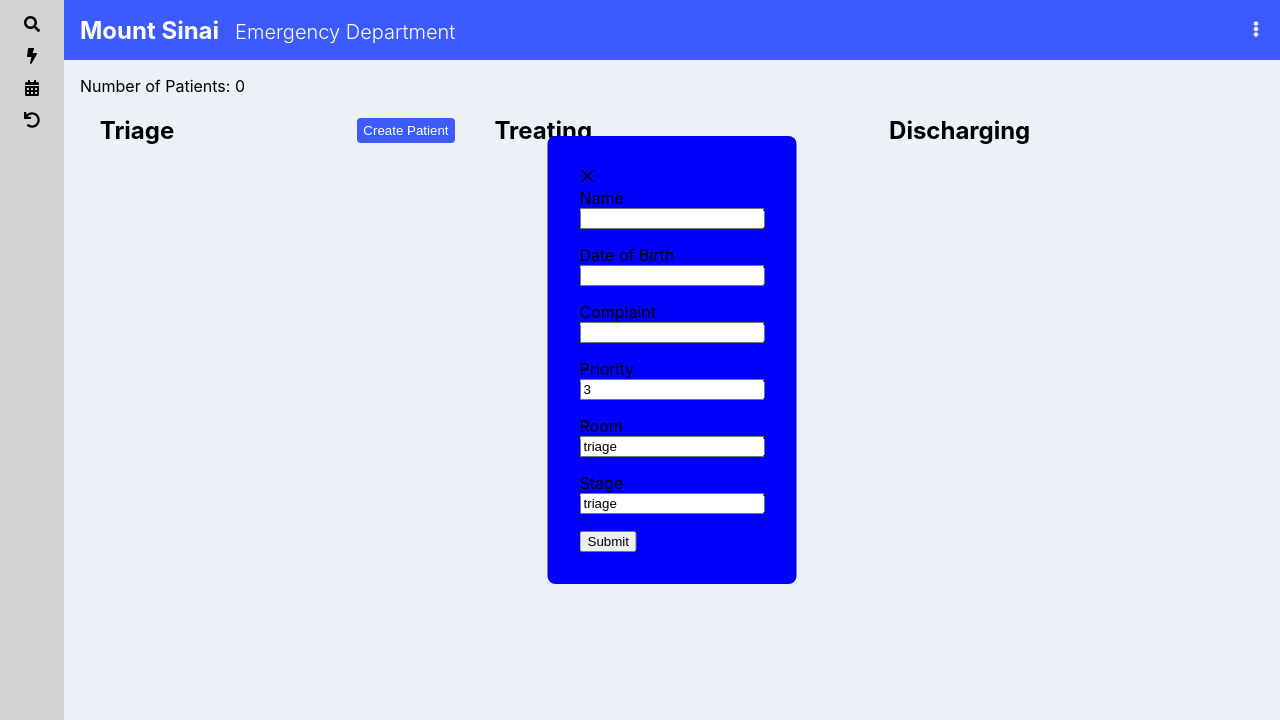
Repository: kosenijr/triage-app
Page: /, after clicking the first element matching `button.App_61351_triage-header-button`
The author's editor kept a copy of each file at every save. The page is drawn from the files as they stood at one save, then again after the next save.
The browser window is 1280 px wide. The pictures show the whole page.
The page's requests for data from a server got no answer. The project was rebuilt for these pictures with package versions that can differ from the ones it lists, and the page was loaded fresh each time. No one was signed in, and anything a server would have sent is missing. Also part of the build but not shown: src/styles/PatientCard.module.css, src/components/PatientCard.js.

Above is the page before, as saved 2022-11-17 12:49:42.

### src/App.js
import React, { useEffect, useState } from 'react';
import { FaEllipsisV, FaSearch, FaBolt, FaCalendarAlt, FaUndo } from "react-icons/fa";
import styles from '../src/styles/App.module.css'
import '../src/styles/Global.module.css'
import { ROUTES } from '../src/constants'
import PatientCard from './components/PatientCard'
import Modal from './components/Modal'

const log = console.log;

function App() {

  const [patientRecords, setPatientRecords] = useState([]);
  const [numOfPatients, setNumOfPatients] = useState(0);
  const [isModalOpen, setIsModalOpen] = useState(false);



  useEffect(() => {
    fetch(ROUTES['GET_ALL_PATIENTS'])
      .then(res => res.json())
      .then(res => setPatientRecords(res))
  }, []);

  useEffect(() => {
    setNumOfPatients(patientRecords.length);
  }, [patientRecords]);

  const onRoomAssignment = (patient, room) => {
    // const oldPatientRecord = patient;
    const newPatientRecord = {
      id: patient.id,
      name: patient.name,
      dob: patient.dob,
      complaint: patient.complaint,
      priority: patient.priority,
      room: patient.room,
      stage: 'treating'
    }


    setPatientRecords(patientRecords.map((record) => {
      if (record.id === patient.id) {
        record.room = room;
        record.stage = 'treating';
      }
      return record;
    }));

    const requestOptions = {
      method: 'PUT',
      body: JSON.stringify(newPatientRecord),
    };

    fetch(ROUTES['GET_EACH_PATIENT'], requestOptions)
      .then(result => result.json())
      .catch(error => console.log('error', error));
  }

  const onCreatePatient = (patient) => {
    const requestOptions = {
      method: 'POST',
      body: JSON.stringify(patient),
    };

    fetch(ROUTES['GET_EACH_PATIENT'], requestOptions)
      .then(result => result.json())
      .then(patient => console.log(patient))
      .then(patient => setPatientRecords([...patientRecords, patient]))
      .catch(error => console.log('error', error));
  }


  const onStartDischarge = (patient) => {
    const newPatientRecord = {
      id: patient.id,
      name: patient.name,
      dob: patient.dob,
      complaint: patient.complaint,
      priority: patient.priority,
      room: 'discharging-room',
      stage: 'discharging'
    }


    setPatientRecords(patientRecords.map((record) => {
      if (record.id === patient.id) {
        record.room = 'discharging-room';
        record.stage = 'discharging';
      }
      return record;
    }));

    const requestOptions = {
      method: 'PUT',
      body: JSON.stringify(newPatientRecord),
    };

    fetch(ROUTES['GET_EACH_PATIENT'], requestOptions)
      .then(result => result.json())
      .then(result => console.log(result))
      .catch(error => console.log('error', error));


  }

  const onCompleteDischarge = (patient) => {
    setPatientRecords(patientRecords.filter((record) => record.id !== patient.id));

    const requestOptions = {
      method: 'DELETE',
    };

    fetch(`${ROUTES['GET_EACH_PATIENT']}/${patient.id}`, requestOptions)
      .then(result => result.json())
      .then(result => console.log(result))
      .catch(error => console.log('error', error));

  }
  return (
    <div className={styles['App']}>
      <div className={styles['left-nav']}>
        <FaSearch className='mb-4 mt-4' />
        <FaBolt className='mb-4' />
        <FaCalendarAlt className='mb-4' />
        <FaUndo className='mb-4' />
      </div>
      <div className={styles['right-content']}>
        {isModalOpen && <Modal onCreatePatient={onCreatePatient} setIsModalOpen={setIsModalOpen} />}
        <header className={styles['header']}>
          <div>
            <span className={styles['title']}>Mount Sinai</span>
            <span className={styles['sub-title']}>Emergency Department</span>
          </div>
          <div>
            <FaEllipsisV />

          </div>
        </header>
        <div className={styles['patient-content']}>
          <div><span>Number of Patients: </span><span>{numOfPatients}</span></div>

          <div className={styles['processing']}>
            <div className={styles['process-columns']}>
              <div className={styles['triage-header']}>
                <h2>Triage</h2>
                <button className={styles['triage-header-button']} onClick={() => setIsModalOpen(!isModalOpen)}>Create Patient</button>
              </div>
              {patientRecords.map((patient, index) => {
                // log(patient)
                if (patient?.stage === 'triage') {
                  return (
                    <PatientCard key={index} patient={patient} updateRoomAssignment={onRoomAssignment} />
                  )
                }

              })}
            </div>
            <div className={styles['process-columns']}>
              <h2>Treating</h2>
              {patientRecords.map((patient, index) => {
                // log(patient.name, patient.stage);
                if (patient?.stage === 'treating') {
                  return (
                    <PatientCard key={index} patient={patient} updateRoomAssignment={onRoomAssignment} onStartDischarge={onStartDischarge} />
                  )
                }

              })}

            </div>
            <div className={styles['process-columns']}>
              <h2>Discharging</h2>
              {patientRecords.map((patient, index) => {

                if (patient?.stage === 'discharging') {
                  return (
                    <PatientCard key={index} patient={patient} updateRoomAssignment={onRoomAssignment} onCompleteDischarge={onCompleteDischarge} />
                  )
                }

              })}
            </div>
          </div>
        </div>
      </div>
    </div>
  );
}

export default App;

// styles is a regular object

### src/styles/App.module.css
.App {
  height: 100vh;
  width: 100vw;
  display: relative;
  overflow-y: hidden;
}

.left-nav {
  display: none;
}

.right-content {
  position: relative;
}

.patient-content {
  background-color: #ecf1f7;
  height: content-box;
  overflow-y: scroll;
  position: absolute;
  top: 60px;
  right: 0;
  left: 0;
  bottom: 0;
  padding: 1rem 1rem 4rem 1rem;
}

.header {
  display: flex;
  justify-content: space-between;
  align-items: center;
  /* height: 100px; */
  background-color: #3d5afc;
  color: white;
  padding: 1rem;
}

.triage-header {
  display: flex;
  align-items: center;
  justify-content: space-between;
}

.triage-header-button {
  background-color: #3d5afc;
  color: white;
  border: none;
  border-radius: 4px;
  padding: 0.3rem 0.4rem;
  cursor: pointer;
}

.title {
  font-size: 24px;
  font-weight: 700;
}

.sub-title {
  display: block;
  font-size: 20px;
  font-weight: 300;
}

.patient-card {
  max-width: 400px;
}

@media screen and (min-width: 700px) {
  .sub-title {
    display: initial;
    padding-left: 1rem;
  }
}

@media screen and (min-width: 768px) {
  .processing {
    display: flex;
    justify-content: space-around;
  }

  .process-columns {
    width: 30%;
  }
}

@media screen and (min-width: 800px) {
  .App {
    display: flex;
  }

  .left-nav {
    background-color: lightgray;
    display: flex;
    flex-direction: column;
    width: 5%;
    align-items: center;
  }

  .right-content {
    width: 95%;
  }
}

### src/styles/Global.module.css
:global(.mb-4) {
  margin-bottom: 1rem;
}

:global(.mt-4) {
  margin-top: 1rem;
}

:global(.font-bold) {
  font-weight: 700;
}

### src/constants.js
const BASE_URL = 'https://cw4ccp3r5d.execute-api.us-east-2.amazonaws.com';
const ENV = '/Prod';
export const ROUTES = {
    GET_ALL_PATIENTS: `${BASE_URL}${ENV}/patients`,

}

### src/components/Modal.js
import React, { useState } from 'react'
import styles from '../styles/Modal.module.css'
import { GrClose } from "react-icons/gr";



export default function Modal({ onCreatePatient, setIsModalOpen }) {
    const [name, setName] = useState('');
    const [dob, setDOB] = useState('');
    const [complaint, setComplaint] = useState('');
    const [priority, setPriority] = useState(3);
    const [room, setRoom] = useState('triage');
    const [stage, setStage] = useState('triage');


    const onSubmit = (e) => {
        e.preventDefault();
        const patient = {
            name,
            dob,
            complaint,
            priority,
            room,
            stage
        }
        onCreatePatient(patient);
    }

    return (
        <div className={styles['modal']}>
            < GrClose className={styles['cancel-modal']} onClick={() => setIsModalOpen(false)} />
            <form action="">
                <div className={styles['input-group']}>
                    <label htmlFor="name">Name</label>
                    <input type="text" value={name} id="name" onChange={(e) => setName(e.target.value)} />
                </div>

                <div className="{styles['input-group']">
                    <label htmlFor="dob">Date of Birth</label>
                    <input type="text" value={dob} onChange={(e) => setDOB(e.target.value)} />
                </div>

                <div className="{styles['input-group']">
                    <label htmlFor="complaint">Complaint</label>
                    <input type="text" value={complaint} onChange={(e) => setComplaint(e.target.value)} />
                </div>

                <div className="{styles['input-group']">
                    <label htmlFor="priority">Priority</label>
                    <input type="text" value={priority} onChange={(e) => setPriority(e.target.value)} />
                </div>

                <div className="{styles['input-group']">
                    <label htmlFor="room">Room</label>
                    <input type="text" value={room} onChange={(e) => setRoom(e.target.value)} />
                </div>

                <div className="{styles['input-group']">
                    <label htmlFor="stage">Stage</label>
                    <input type="text" value={stage} onChange={(e) => setStage(e.target.value)} />
                </div>

                <button onClick={(e) => onSubmit(e)}>Submit</button>
            </form>
        </div>

    )
}

### src/styles/Modal.module.css
.modal {
  position: absolute;
  top: 50%;
  left: 50%;
  transform: translate(-50%, -50%);

  background-color: blue;
  padding: 2rem;
  border-radius: 0.5rem;
  z-index: 1;
}

.modal form input {
  display: block;
  margin-bottom: 1rem;
}

.cancel-modal {
  cursor: pointer;
}

Loaded but not shown: public/index.html (common file); src/index.js (common file); src/index.css (common file); src/reportWebVitals.js (common file)

After the next save:
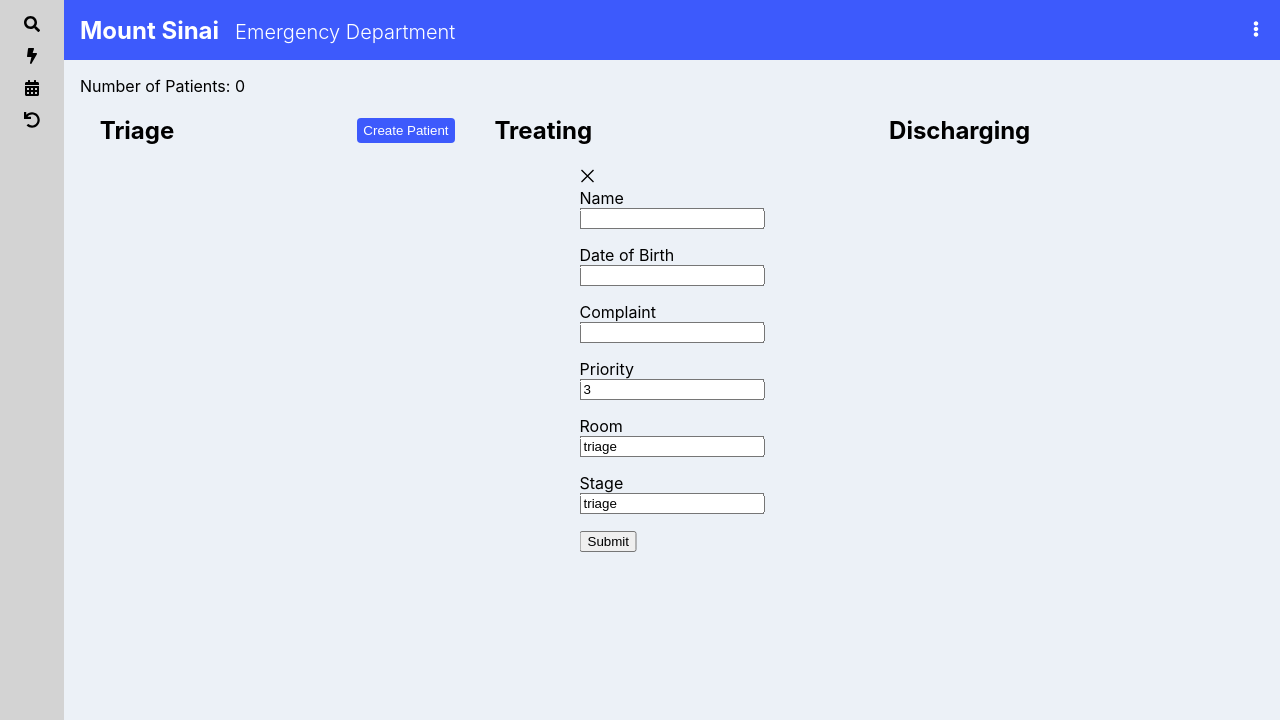
Saved 4 s later.
--- a/src/styles/Modal.module.css
+++ b/src/styles/Modal.module.css
@@ -4,7 +4,7 @@
   left: 50%;
   transform: translate(-50%, -50%);
 
-  background-color: blue;
+  background-color: ;
   padding: 2rem;
   border-radius: 0.5rem;
   z-index: 1;
